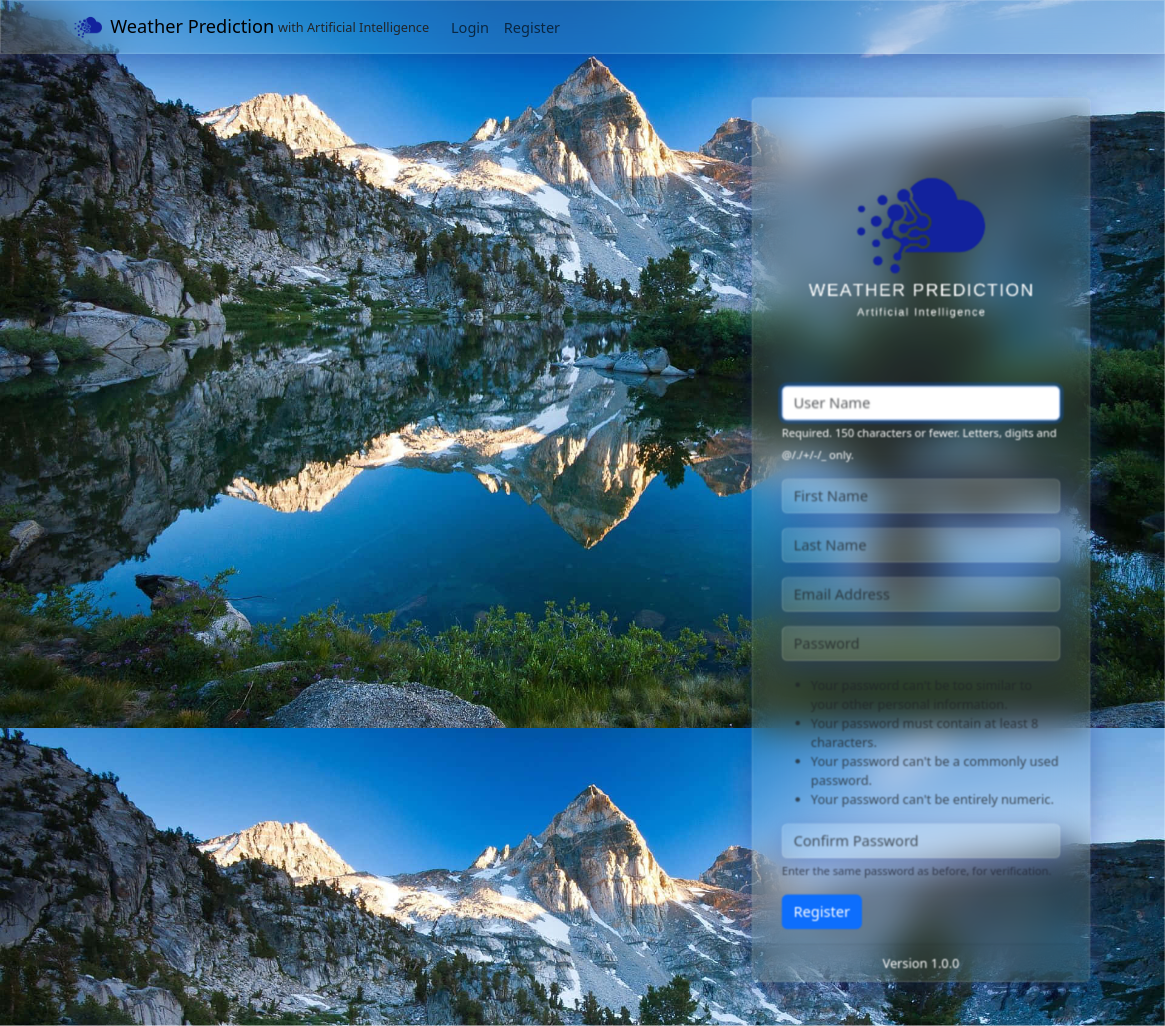
Repository: rustycoder/weather_prediction
Page: http://localhost/weather_admin/register
These files come from the project's save history. The page is drawn as it stood at one moment and after the next save; the edit follows.
The browser window is 1280 px wide. The pictures show the whole page, at 91% of full size.
Backgrounds fixed to the window are drawn as part of the page. The page is served by the project's application, run on Django 5.2 (manage.py).

Above is the page before, as saved 2025-03-03 19:56:11.

After the next save:
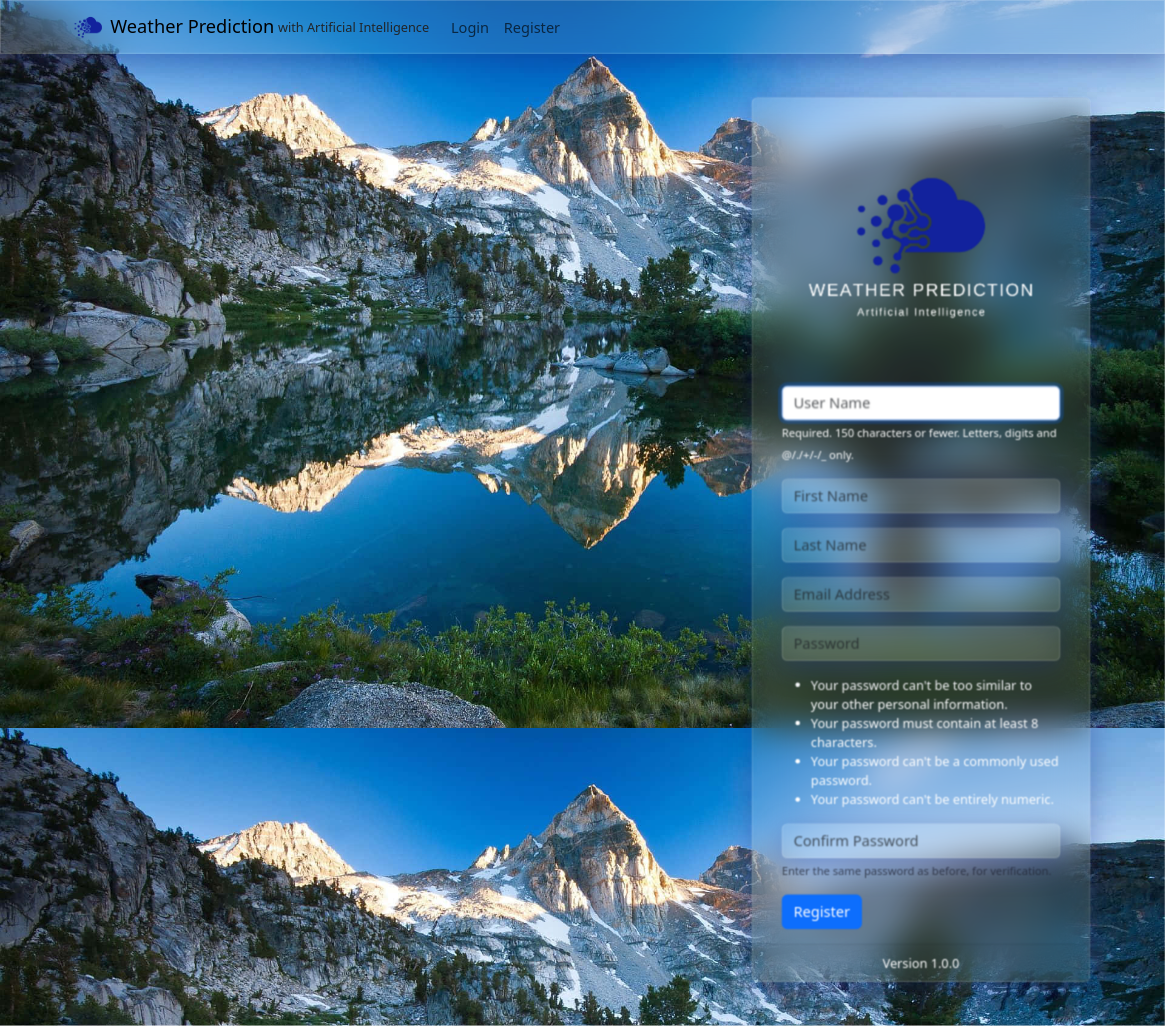
Saved 14 s later.
--- a/weather_admin/forms.py
+++ b/weather_admin/forms.py
@@ -28,7 +28,7 @@
 		self.fields['password1'].widget.attrs['class'] = 'form-control glass'
 		self.fields['password1'].widget.attrs['placeholder'] = 'Password'
 		self.fields['password1'].label = ''
-		self.fields['password1'].help_text = '<ul class="form-text text-muted small text-white"><li>Your password can\'t be too similar to your other personal information.</li><li>Your password must contain at least 8 characters.</li><li>Your password can\'t be a commonly used password.</li><li>Your password can\'t be entirely numeric.</li></ul>'
+		self.fields['password1'].help_text = '<ul class="form-text small text-white"><li>Your password can\'t be too similar to your other personal information.</li><li>Your password must contain at least 8 characters.</li><li>Your password can\'t be a commonly used password.</li><li>Your password can\'t be entirely numeric.</li></ul>'
 
 		self.fields['password2'].widget.attrs['class'] = 'form-control glass'
 		self.fields['password2'].widget.attrs['placeholder'] = 'Confirm Password'

After the save that followed:
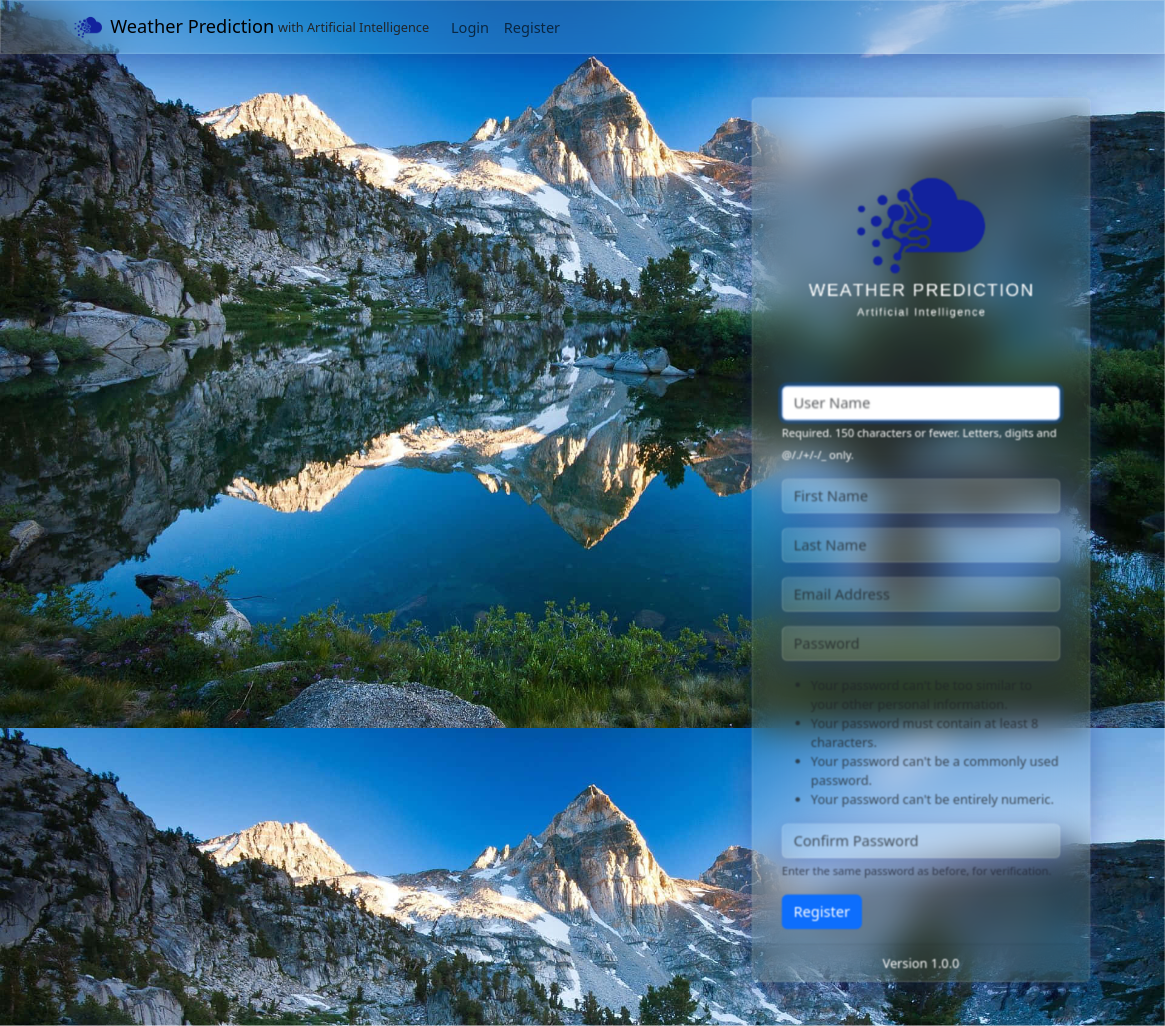
Saved 8 s later.
--- a/weather_admin/forms.py
+++ b/weather_admin/forms.py
@@ -28,7 +28,7 @@
 		self.fields['password1'].widget.attrs['class'] = 'form-control glass'
 		self.fields['password1'].widget.attrs['placeholder'] = 'Password'
 		self.fields['password1'].label = ''
-		self.fields['password1'].help_text = '<ul class="form-text small text-white"><li>Your password can\'t be too similar to your other personal information.</li><li>Your password must contain at least 8 characters.</li><li>Your password can\'t be a commonly used password.</li><li>Your password can\'t be entirely numeric.</li></ul>'
+		self.fields['password1'].help_text = '<ul class="form-text text-muted small text-white"><li>Your password can\'t be too similar to your other personal information.</li><li>Your password must contain at least 8 characters.</li><li>Your password can\'t be a commonly used password.</li><li>Your password can\'t be entirely numeric.</li></ul>'
 
 		self.fields['password2'].widget.attrs['class'] = 'form-control glass'
 		self.fields['password2'].widget.attrs['placeholder'] = 'Confirm Password'
